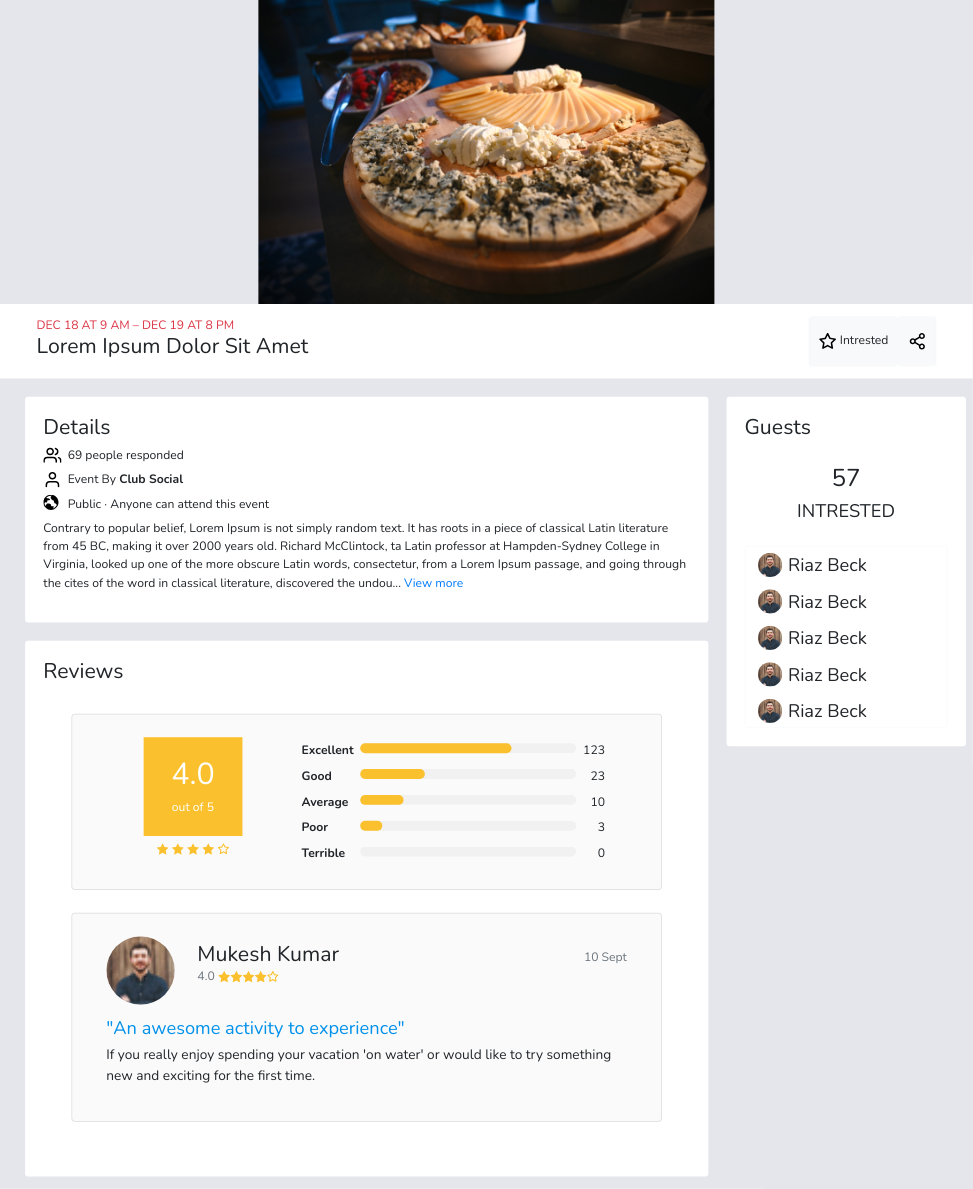
Repository: iamrachid/ensaevents
Page: event.html
An editor plug-in stored every save of this project. The page is shown before and after the next save, followed by the edit.
The browser window is 1280 px wide. The pictures show the whole page, at 76% of full size.

Above is the page before, as saved 2021-11-25 19:16:54.

After the next save:
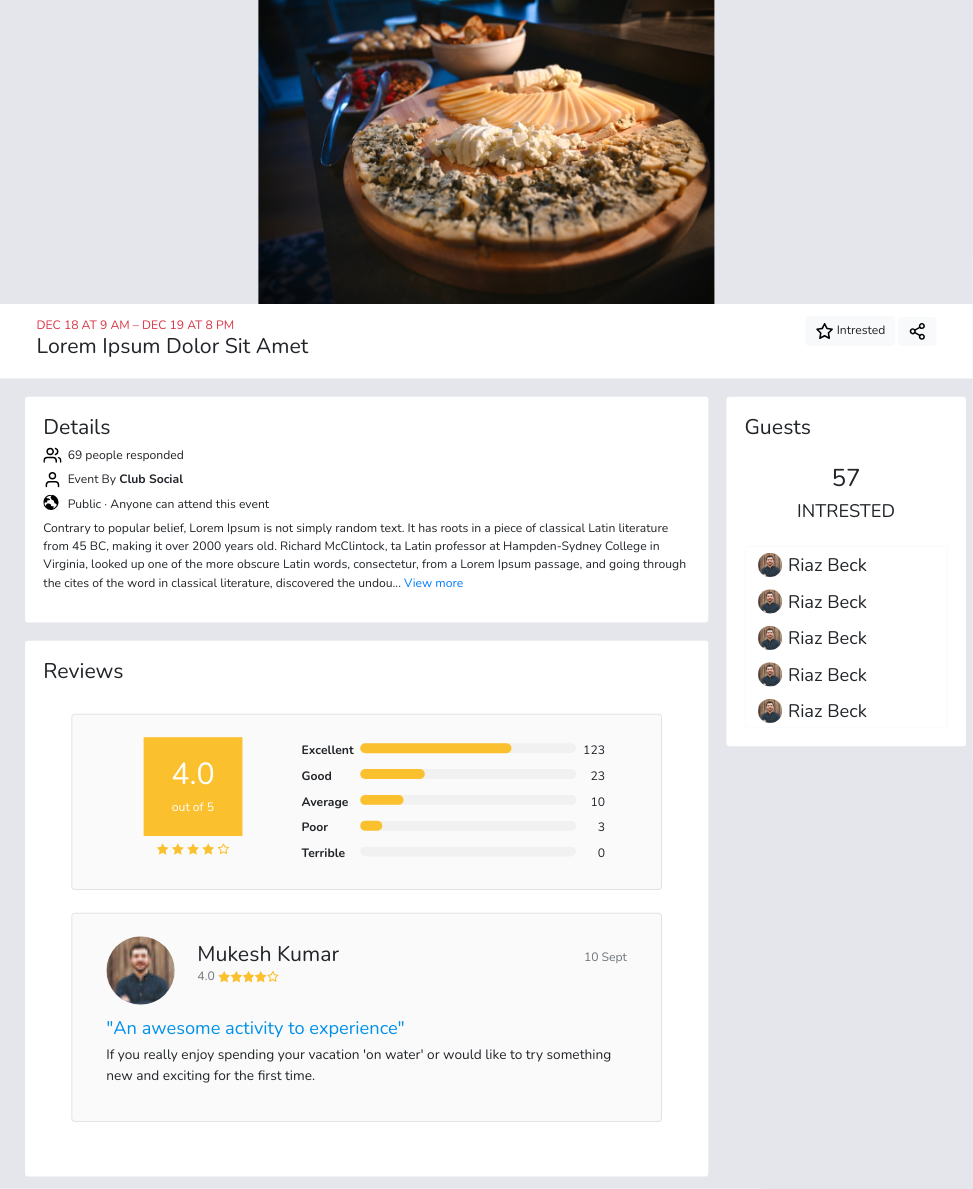
Saved 42 s later.
--- a/event.html
+++ b/event.html
@@ -29,16 +29,19 @@
                 <h3>Lorem Ipsum Dolor Sit Amet</h3>
             </div>
             <div class="col-md-4 col-12 d-flex justify-content-end">
-                <button class="btn btn-light ">
-                    <svg class="btn-icon">
-                        <use xlink:href="assets/img/icons.svg#icon-star"></use>
-                    </svg>
-                    Intrested</button>
-                <button class="btn btn-light">
-                    <svg class="btn-icon">
-                        <use xlink:href="assets/img/icons.svg#icon-share-2"></use>
-                    </svg>
-                </button>
+                <div class="">
+
+                    <button class="btn btn-light ">
+                        <svg class="btn-icon">
+                            <use xlink:href="assets/img/icons.svg#icon-star"></use>
+                        </svg>
+                        Intrested</button>
+                    <button class="btn btn-light">
+                        <svg class="btn-icon">
+                            <use xlink:href="assets/img/icons.svg#icon-share-2"></use>
+                        </svg>
+                    </button>
+                </div>
             </div>
         </div>
     </div>
